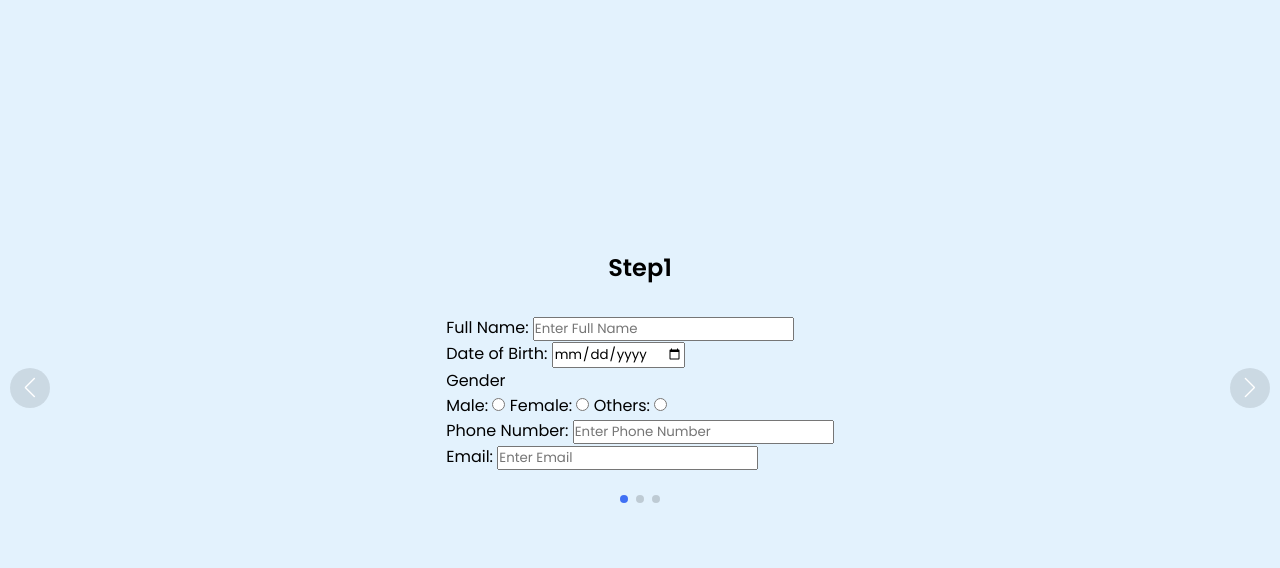
Repository: Habeebur1493/-22-multi-step-form
Page: index.html
The author's editor kept a copy of each file at every save. The page is drawn from the files as they stood at one save, then again after the next save.
The browser window is 1280 px wide. The pictures show the whole page.

Above is the page before, as saved 2024-10-13 12:51:37.

### index.html
<!DOCTYPE html>
<html lang="en">
  <head>
    <meta charset="UTF-8" />
    <meta http-equiv="X-UA-Compatible" content="IE=edge" />
    <meta name="viewport" content="width=device-width, initial-scale=1.0" />
    <title>Responsive Testimonial Slider</title>

    <!-- Swiper CSS -->
    <link rel="stylesheet" href="css/swiper-bundle.min.css" />

    <!-- CSS -->
    <link rel="stylesheet" href="css/style.css" />

    <!-- Boxicons CSS -->
    <link
      href="https://unpkg.com/boxicons@2.1.2/css/boxicons.min.css"
      rel="stylesheet"
    />
  </head>
  <body>
    <section class="container">
      <div class="testimonial mySwiper">
        <div class="testi-content swiper-wrapper">
          <div class="slide swiper-slide">
            <h1>Step1</h1>
            <form action="">
              Full Name:
              <input type="text" placeholder="Enter Full Name" />
              <br>
              Date of Birth:
              <input type="date" placeholder="Date of Birth" />
              <br>
              Gender
              <br>
              Male:
              <input type="radio" name="Gender:" id="">
              Female:
              <input type="radio" name="Gender:" id="">
              Others:
              <input type="radio" name="Gender:" id="">
              <br>
              Phone Number:
              <input type="number" placeholder="Enter Phone Number" />
              <br>
              Email:
              <input type="email" placeholder="Enter Email" />

            </form>
          </div>
          <div class="slide swiper-slide">

            <p>
              Lorem ipsum dolor sit amet, consectetur adipisicing elit. Aperiam,
              saepe provident dolorem a quaerat quo error facere nihil deleniti
              eligendi ipsum adipisci, fugit, architecto amet asperiores
              doloremque deserunt eum nemo.
            </p>

            <i class="bx bxs-quote-alt-left quote-icon"></i>

            <div class="details">
              <span class="name">Marnie Lotter</span>
              <span class="job">Web Developer</span>
            </div>
          </div>
          <div class="slide swiper-slide">

            <p>
              Lorem ipsum dolor sit amet, consectetur adipisicing elit. Aperiam,
              saepe provident dolorem a quaerat quo error facere nihil deleniti
              eligendi ipsum adipisci, fugit, architecto amet asperiores
              doloremque deserunt eum nemo.
            </p>

            <i class="bx bxs-quote-alt-left quote-icon"></i>

            <div class="details">
              <span class="name">Marnie Lotter</span>
              <span class="job">Web Developer</span>
            </div>
          </div>
        </div>
        <div class="swiper-button-next nav-btn"></div>
        <div class="swiper-button-prev nav-btn"></div>
        <div class="swiper-pagination"></div>
      </div>
    </section>

    <!-- Swiper JS -->
    <script src="js/swiper-bundle.min.js"></script>

    <!-- JavaScript -->
    <script src="js/script.js"></script>
  </body>
</html>

### css/style.css
/* Google Fonts - Poppins */
@import url("https://fonts.googleapis.com/css2?family=Poppins:wght@300;400;500;600&display=swap");

* {
  margin: 0;
  padding: 0;
  box-sizing: border-box;
  font-family: "Poppins", sans-serif;
}
.container {
  height: 100vh;
  width: 100%;
  display: flex;
  align-items: center;
  justify-content: center;
  background-color: #e3f2fd;
}
.testimonial {
  position: relative;
  max-width: 1400px;
  width: 100%;
  padding: 50px 0;
  overflow: hidden;
}
.testimonial .image {
  height: 170px;
  width: 170px;
  object-fit: cover;
  border-radius: 50%;
}
.testimonial .slide {
  display: flex;
  align-items: center;
  justify-content: center;
  flex-direction: column;
  row-gap: 30px;
  height: 100%;
  width: 100%;
}
.slide p {
  text-align: center;
  padding: 0 160px;
  font-size: 14px;
  font-weight: 400;
  color: #333;
}
.slide .quote-icon {
  font-size: 30px;
  color: #4070f4;
}
.slide .details {
  display: flex;
  flex-direction: column;
  align-items: center;
}
.details .name {
  font-size: 14px;
  font-weight: 600;
  color: #333;
}
.details .job {
  font-size: 12px;
  font-weight: 400;
  color: #333;
}
/* swiper button css */
.nav-btn {
  height: 40px;
  width: 40px;
  border-radius: 50%;
  transform: translateY(30px);
  background-color: rgba(0, 0, 0, 0.1);
  transition: 0.2s;
}
.nav-btn:hover {
  background-color: rgba(0, 0, 0, 0.2);
}
.nav-btn::after,
.nav-btn::before {
  font-size: 20px;
  color: #fff;
}
.swiper-pagination-bullet {
  background-color: rgba(0, 0, 0, 0.8);
}
.swiper-pagination-bullet-active {
  background-color: #4070f4;
}
@media screen and (max-width: 768px) {
  .slide p {
    padding: 0 20px;
  }
  .nav-btn {
    display: none;
  }
}

### js/script.js
var swiper = new Swiper(".mySwiper", {
  slidesPerView: 1,
  grabCursor: true,
  loop: true,
  pagination: {
    el: ".swiper-pagination",
    clickable: true,
  },
  navigation: {
    nextEl: ".swiper-button-next",
    prevEl: ".swiper-button-prev",
  },
});

Loaded but not shown: css/swiper-bundle.min.css (library); js/swiper-bundle.min.js (library)

After the next save:
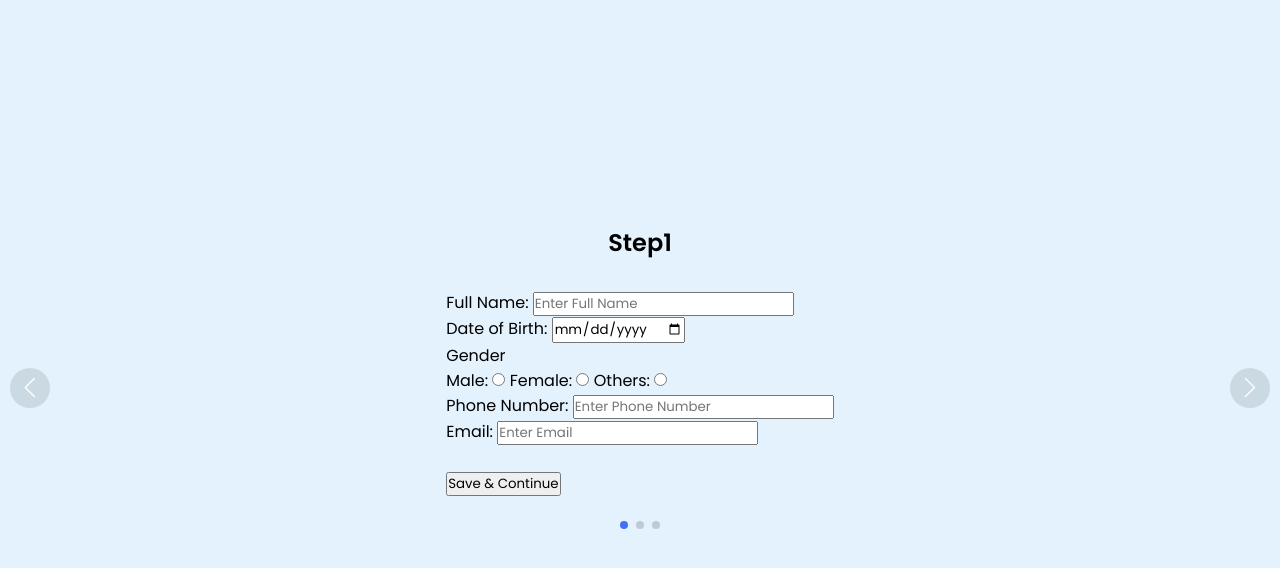
Saved 98 s later.
--- a/index.html
+++ b/index.html
@@ -45,6 +45,10 @@
               <br>
               Email:
               <input type="email" placeholder="Enter Email" />
+              <br>
+              <br>
+              <button type="save">Save & Continue</button>
+
 
             </form>
           </div>
